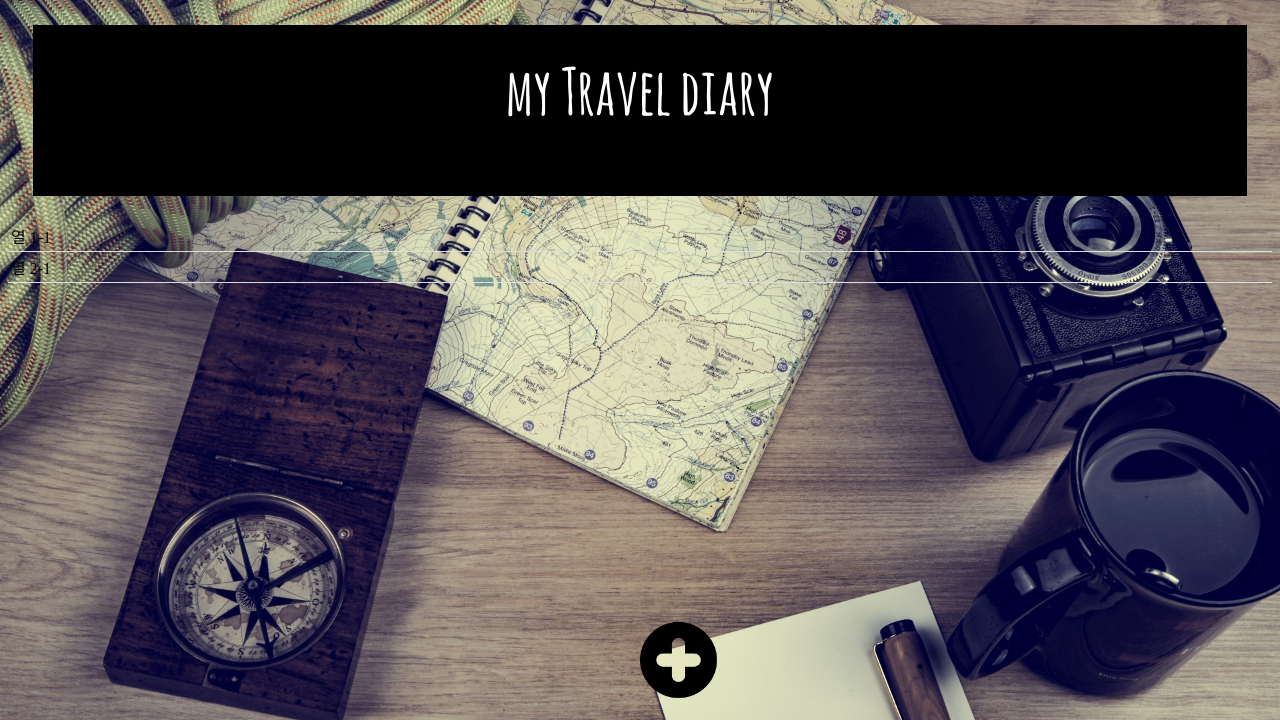
Repository: minkyung0421/jsp_travel_project
Page: http://localhost/Travel_Project/
These files come from the project's save history. The page is drawn as it stood at one moment and after the next save; the edit follows.
The browser window is 1280 px wide. The pictures show the whole page.
The page is served by Tomcat 9. Other server files are loaded and not shown.

Above is the page before, as saved 2018-08-21 05:24:17.

### jsp_travel_project/Travel_Project/WebContent/index.jsp
<%@ page language="java" contentType="text/html; charset=EUC-KR"
    pageEncoding="EUC-KR"%>
<!DOCTYPE html PUBLIC "-//W3C//DTD HTML 4.01 Transitional//EN" "http://www.w3.org/TR/html4/loose.dtd">
<html>
<head>
<meta http-equiv="Content-Type" content="text/html; charset=EUC-KR">
<title>Insert title here</title>
</head>
<style>
@font-face{font-family: amaticsc-bold; src:url('font/AmaticSC-Bold.ttf')}

body{
	background-image: url(image/travel2.jpg);
	background-size: 100%;
}
table{
	display: inline;
}
.effect{
	display: inline-block;
	box-shadow: 0px 0px 20px -2px rgba(0,0,0,0.8);
}

.font{
	font-family: amaticsc-bold;
	font-size: 3em;
}

.font2{
	font-family: amaticsc-bold;
	font-size: 4em;
	color: white;
	margin-top: 2%;
}


</style>
<body>
<center>
	<div style = "background-color:black; margin: 2%; padding: 0.5px">
		<p class = "font2"> my Travel diary</p>
	</div>
</center>

<a style ="display:scroll; position:fixed; bottom:3%; left:50%;" href = "insertForm.jsp" title="맨위로">
	<img src = "image/add.png" width="15%" height="15%">
</a>


<!-- <table border = "0" style = "margin:2%">
	<tr>
		<td><img src = "image/1.jpg" width = "250" height = "250" class = "effect" id = "img1"></td>
	</tr>
	<tr height="10%" style = "background-color: white;">
		<td>
			<center><p class = "font">Incheon</p></center>
		</td>
	</tr>
</table>

<table border = "0" style = "margin:2%">
	<tr>
		<td><img src = "image/2.jpg" width = "250" height = "250" class = "effect" id = "img1"></td>
	</tr>
	<tr height="10%" style = "background-color: white;">
		<td>
			<center><p class = "font">Tokyo</p></center>
		</td>
	</tr>
</table> -->

<style>
#table {display: table; width: 100%;}
.row {display: table-row;}
.cell {display: table-cell; padding: 3px; border-bottom: 1px solid #DDD;}
.col1 { width: 250;}
</style>
<div id="table">
<div class="row">
<span class="cell col1">열 1-1</span>
</div>

<div class="row">
<span class="cell col1">열 2-1</span>
</div>
</div>

</body>
</html>

After the next save:
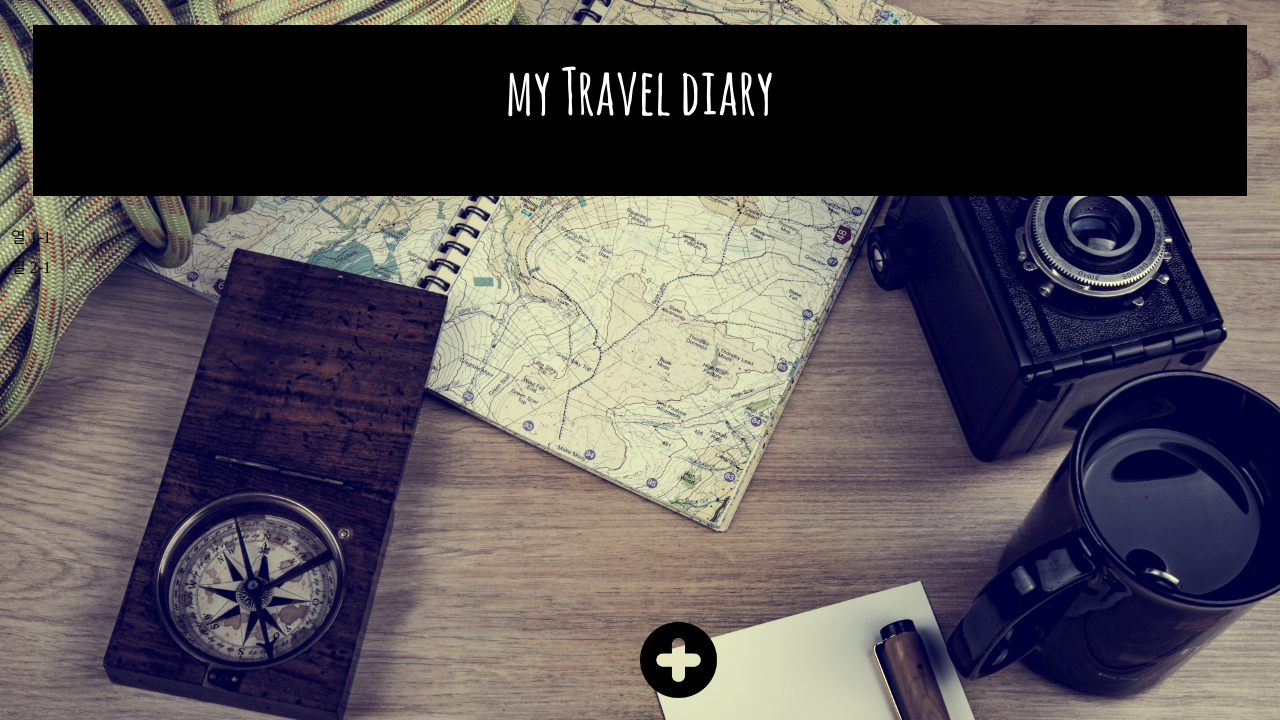
Saved 9 s later.
--- a/jsp_travel_project/Travel_Project/WebContent/index.jsp
+++ b/jsp_travel_project/Travel_Project/WebContent/index.jsp
@@ -72,7 +72,7 @@ table{
 <style>
 #table {display: table; width: 100%;}
 .row {display: table-row;}
-.cell {display: table-cell; padding: 3px; border-bottom: 1px solid #DDD;}
+.cell {display: table-cell; padding: 3px; }
 .col1 { width: 250;}
 </style>
 <div id="table">
